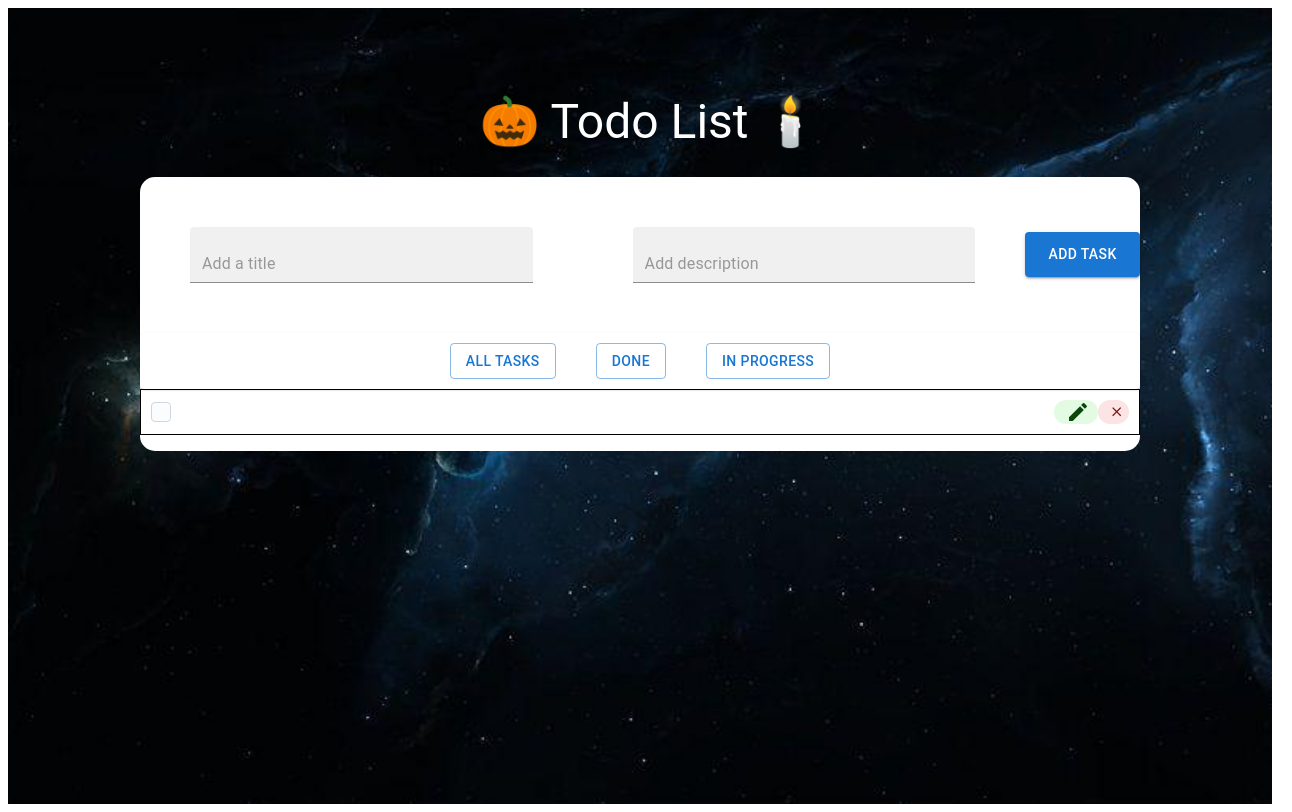
Repository: Tracy-maker/TodoList
Page: /
The author's editor kept a copy of each file at every save. The page is drawn from the files as they stood at one save, then again after the next save.
The browser window is 1280 px wide. The page is 1292 px wide, so the pictures cover 1292 px, including what lies to the right of the window. The pictures show the whole page.
The project was rebuilt for these pictures with package versions that can differ from the ones it lists, and the page was loaded fresh each time. Also part of the build but not shown: src/components/TaskEdit.js.

Above is the page before, as saved 2023-09-20 19:41:16.

### public/index.html
<!DOCTYPE html>
<html lang="en">
  <head>
    <meta charset="utf-8" />
    <link rel="icon" href="%PUBLIC_URL%/favicon.ico" />
    <meta name="viewport" content="width=device-width, initial-scale=1" />
    <meta name="theme-color" content="#000000" />
    <meta
      name="description"
      content="Web site created using create-react-app"
    />
    <link rel="apple-touch-icon" href="%PUBLIC_URL%/logo192.png" />
    <!--
      manifest.json provides metadata used when your web app is installed on a
      user's mobile device or desktop. See https://developers.google.com/web/fundamentals/web-app-manifest/
    -->
    <link rel="manifest" href="%PUBLIC_URL%/manifest.json" />
    <link href="https://fonts.googleapis.com/css2?family=Montserrat:wght@300;400;500&amp;display=swap" rel="stylesheet">
    <!--
      Notice the use of %PUBLIC_URL% in the tags above.
      It will be replaced with the URL of the `public` folder during the build.
      Only files inside the `public` folder can be referenced from the HTML.

      Unlike "/favicon.ico" or "favicon.ico", "%PUBLIC_URL%/favicon.ico" will
      work correctly both with client-side routing and a non-root public URL.
      Learn how to configure a non-root public URL by running `npm run build`.
    -->
    <title>React App</title>
  </head>
  <body>
    <noscript>You need to enable JavaScript to run this app.</noscript>
    <div id="root"></div>
    <!--
      This HTML file is a template.
      If you open it directly in the browser, you will see an empty page.

      You can add webfonts, meta tags, or analytics to this file.
      The build step will place the bundled scripts into the <body> tag.

      To begin the development, run `npm start` or `yarn start`.
      To create a production bundle, use `npm run build` or `yarn build`.
    -->
  </body>
</html>

### src/App.js
import { useState, useEffect } from "react";
import CreateTask from "./components/CreateTask";
import TaskList from "./components/TaskList";
import { Box, Stack } from "@mui/material";
import styled from "styled-components";
import Typography from "@mui/material/Typography";
import Image1 from "./image/7.jpg";

const StyledContainer = styled(Stack)`
  height: 100vh;
  width: 100%;
  display: flex;
  align-items: stretch;
  padding-top: 6%;
  background-image: url(${Image1});
  background-size: cover;
  background-repeat: no-repeat;
`;

const TaskForm = styled(Box)`
  margin-left: auto;
  margin-right: auto;
  width: 1000px;
  background-color: white;
  border-radius: 15px;
  @media (max-width: 768px) {
    width: 100%;
  }
`;
const Title = styled(Typography)`
  color: white;
  margin: auto;
  width: 100%;
  padding: 10px;
  text-align: center;
`;

function App() {

  const [tasks, setTasks] = useState(() => {
    const localValue = localStorage.getItem("tasks");
    if (localValue == null) return [];
    return JSON.parse(localValue);
  });

  useEffect(() => {
    localStorage.setItem("tasks", JSON.stringify(tasks));
  }, [tasks]);

  const createTask = (title, description) => {
    const newTask = {
      id: crypto.randomUUID(),
      title: title,
      description: description,
      status: "inProgress",
    };

    const existingTasks = JSON.parse(localStorage.getItem("tasks")) || [];
    existingTasks.push(newTask);
    localStorage.setItem("tasks", JSON.stringify(existingTasks));
    setTasks(existingTasks);
  };

  const deleteTasksById = (id) => {
    const existingTasks = JSON.parse(localStorage.getItem("tasks")) || [];
    const updatedTasks = existingTasks.filter((task) => {
      return task.id !== id;
    });
    localStorage.setItem("tasks", JSON.stringify(updatedTasks));
    setTasks(updatedTasks);
  };

  const editTaskById = (id, newTitle, newDescription) => {
    const existingTasks = JSON.parse(localStorage.getItem("tasks")) || [];
    const taskToEdit = existingTasks.findIndex((task) => task.id === id);

    if (taskToEdit) {
      const updatedTask = {
        ...taskToEdit,
        title: newTitle,
        description: newDescription,
      };

      const updatedTasks = existingTasks.map((task) =>
        task.id === id ? updatedTask : task
      );
      localStorage.setItem("tasks", JSON.stringify(updatedTasks));
      setTasks(updatedTasks);
    }
  };



  return (
    <StyledContainer>
      <Title variant="h3" gutterBottom>
        🎃 Todo List 🕯️
      </Title>
      <TaskForm>
        <CreateTask onCreate={createTask} />
        <TaskList />
      </TaskForm>
    </StyledContainer>
  );
}
export default App;

### src/components/CreateTask.js
import * as React from "react";
import Stack from "@mui/material/Stack";
import TextField from "@mui/material/TextField";
import Button from "@mui/material/Button";
import { useState } from "react";
import { styled } from "@mui/material";

const Input = styled(TextField)`
  padding: 5%;
  width: 65%;
`;

const AddButton = styled(Button)`
  margin: auto;
  width: 20%;
  padding: 10px;
  text-align: center;
`;

function CreateTask(props) {
  const [title, setTitle] = useState("");
  const [description, setDescription] = useState("");

  const handleChange = (event) => {
    const { name, value } = event.target;
    if (name === "title") {
      setTitle(value);
    } else if (name === "description") {
      setDescription(value);
    }
  };

  const handleSubmit = (event) => {
    event.preventDefault();
    if (title.trim() !== "" || description.trim() !== "") {
      props.onCreate({ title, description });
      setTitle("");
      setDescription("");
    }
  };

  return (
    <Stack onSubmit={handleSubmit} component="form" direction="row">
      <Input
        name="title"
        value={title}
        onChange={handleChange}
        placeholder="Add a title"
        variant="filled"
      />
      <Input
        name="description"
        value={description}
        onChange={handleChange}
        placeholder="Add description"
        variant="filled"
      />
      <AddButton type="submit" variant="contained">
        Add Task
      </AddButton>
    </Stack>
  );
}

export default CreateTask;

### src/components/TaskList.js
import React from "react";
import { Box, Button, Card } from "@mui/material";
import TaskShow from "./TaskShow";
import styled from "styled-components";

const ButtonNavigationBar = styled(Box)`
  display: flex;
  justify-content: center;
  gap: 40px;
  padding: 10px;
`;

function TaskList(props) {
  return (
    <Box mb={2}>
      <Card>
        <ButtonNavigationBar>
          <Button
            variant={props.defaultValue === "all" ? "contained" : "outlined"}
            onClick={() => props.onFilterChange("all")}
          >
            All Tasks
          </Button>
          <Button
            variant={props.defaultValue === "done" ? "contained" : "outlined"}
            onClick={() => props.onFilterChange("done")}
          >
            Done
          </Button>
          <Button
            variant={props.defaultValue === "inProgress" ? "contained" : "outlined"
            }
            onClick={() => props.onFilterChange("inProgress")}
          >
            In Progress
          </Button>
        </ButtonNavigationBar>
      </Card>

        <TaskShow/>

    </Box>
  );
}

export default TaskList;

### src/components/TaskShow.js
import * as React from "react";
import { useState } from "react";
import Typography from "@mui/joy/Typography";
import Checkbox from "@mui/joy/Checkbox";
import Chip from "@mui/joy/Chip";
import ChipDelete from "@mui/joy/ChipDelete";
import styled from "styled-components";
import { Box } from "@mui/material";
import EditIcon from "@mui/icons-material/Edit";
import TaskEdit from "./TaskEdit";

const TaskItem = styled(Box)`
  display: flex;
  justify-content: space-between;
  align-items: center;
  padding: 10px;
  border-style: solid;
  border-width: 1px;
`;

const Title = styled(Typography)`
  text-decoration: ${({ isDeleted }) => (isDeleted ? "line-through" : "none")};
`;

function TaskShow(props) {
  const [showEdit, setShowEdit] = useState(false);

  const handleEdit = () => {
    setShowEdit(!showEdit);
  };

  const handleSubmit = (id, newTitle, newDescription) => {
    setShowEdit(false);
    props.onEdit(id, newTitle, newDescription);
  };

  let content;

  // if (showEdit) {
  //   content = <TaskEdit onSubmit={handleSubmit} task={props.task} />;
  // } else {
  //   content = (
  //     <>
  //       <h3>{props.task.title}</h3>
  //       <p>{props.task.description}</p>
  //     </>
  //   );
  // }

  const handleDelete = () => {
    props.onDelete(props.task.id);
  };

  const handleCheckboxChange = () => {
    props.toggleCheckedBoxById(props.task.id);
  };

  return (
    <TaskItem>
      <Checkbox

        onChange={handleCheckboxChange}
      />
      <Title
      >

      </Title>
      <Box>
        <Chip
          variant="soft"
          color="success"
          onClick={handleEdit}
          endDecorator={<EditIcon />}
        />
        <Chip
          variant="soft"
          color="danger"
          endDecorator={<ChipDelete onClick={handleDelete} />}
        />
      </Box>
    </TaskItem>
  );
}

export default TaskShow;

Loaded but not shown: src/index.js (common file)

After the next save:
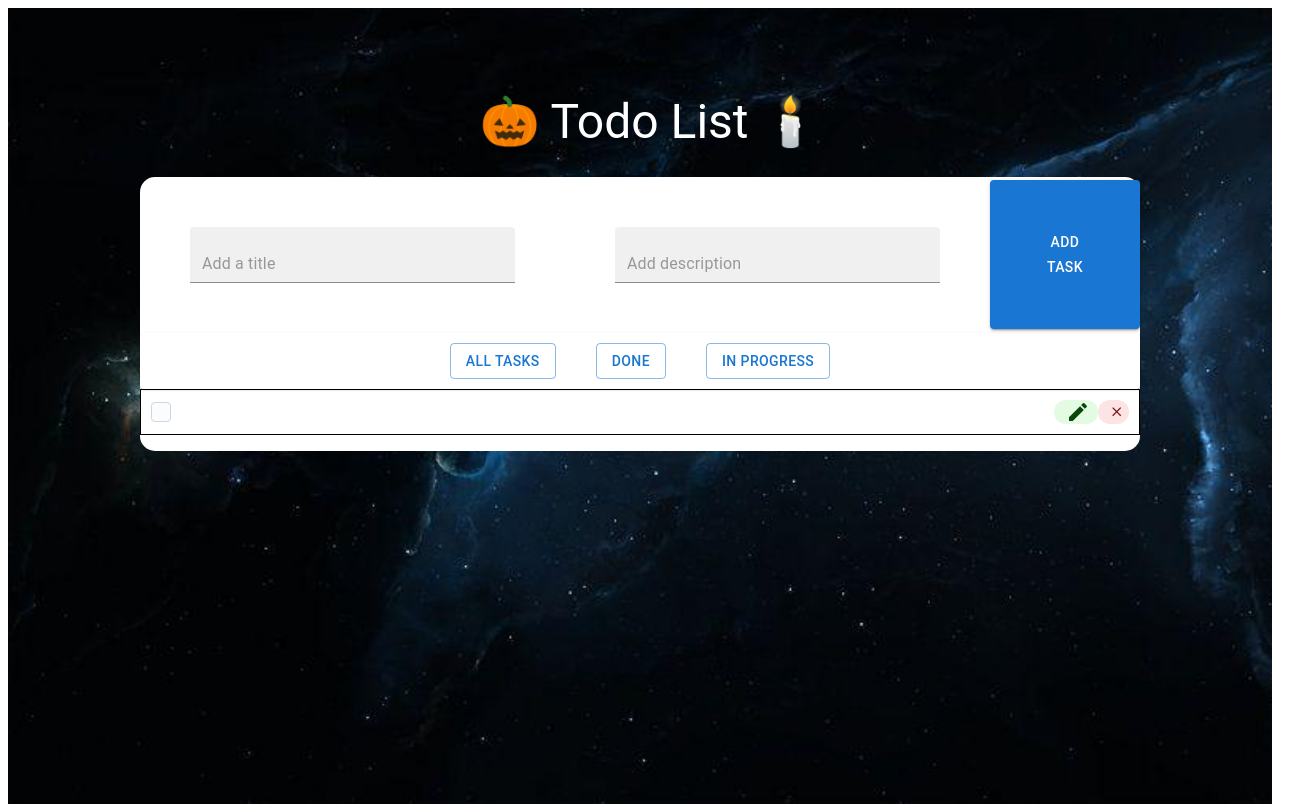
Saved 36 s later.
--- a/src/components/CreateTask.js
+++ b/src/components/CreateTask.js
@@ -13,7 +13,7 @@
 const AddButton = styled(Button)`
   margin: auto;
   width: 20%;
-  padding: 10px;
+  padding: 50px;
   text-align: center;
 `;
 

After the save that followed:
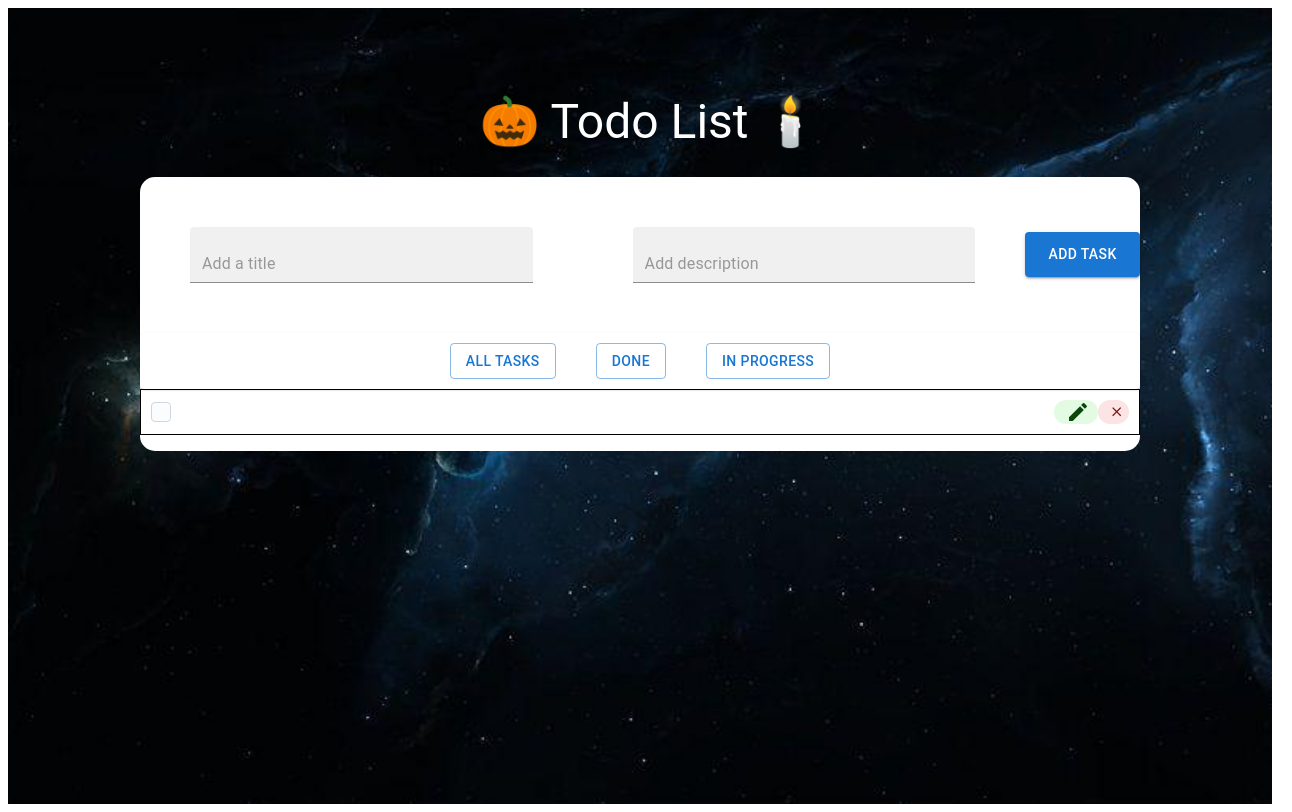
Saved 4 s later.
--- a/src/components/CreateTask.js
+++ b/src/components/CreateTask.js
@@ -13,7 +13,7 @@
 const AddButton = styled(Button)`
   margin: auto;
   width: 20%;
-  padding: 50px;
+  padding: 10px;
   text-align: center;
 `;
 
